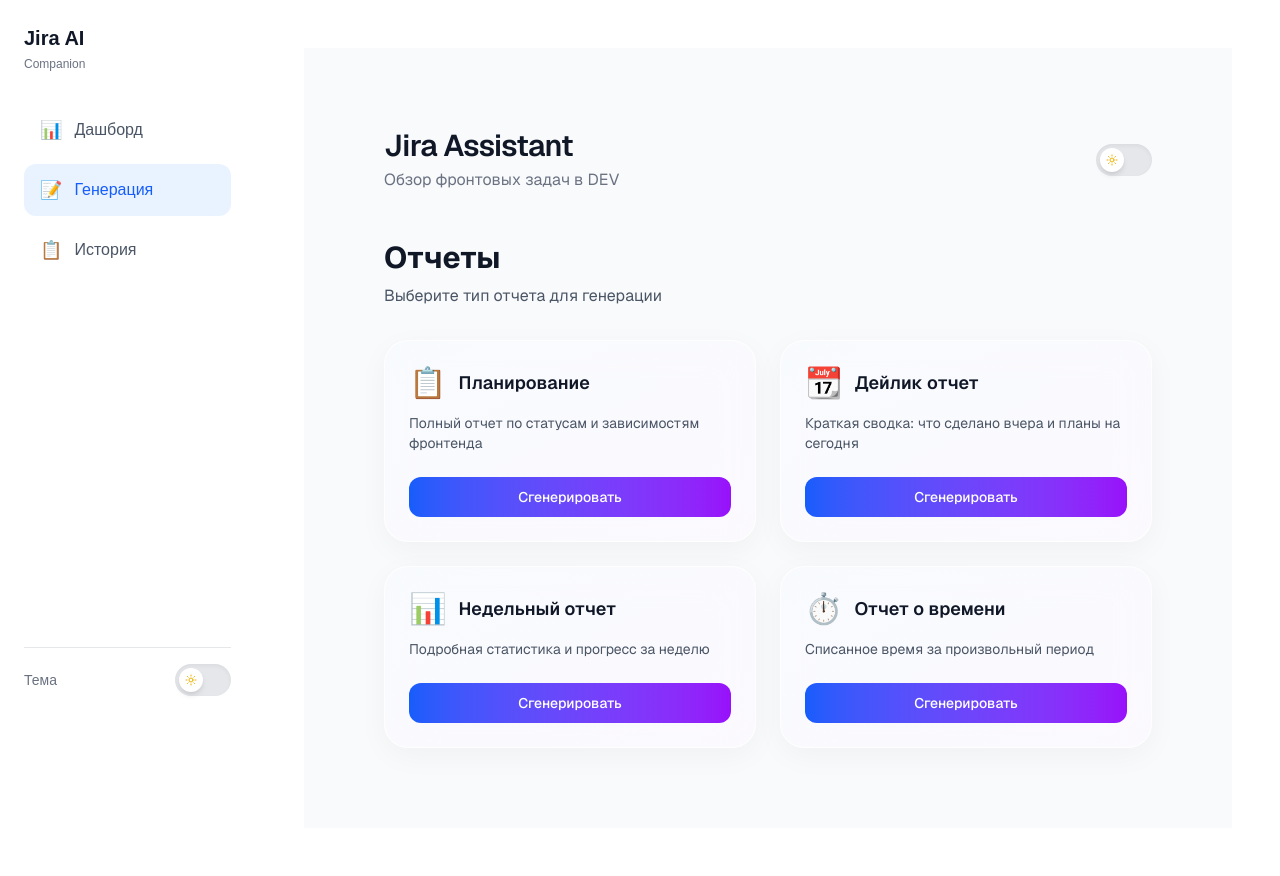
Repository: iposho/jira-ai-companion
Page: /reports
An editor plug-in stored every save of this project. The page is shown before and after the next save, followed by the edit.
The browser window is 1280 px wide. The pictures show the whole page.
The project was rebuilt for these pictures with package versions that can differ from the ones it lists, and the page was loaded fresh each time. The framework's server and built-in components were replaced by stand-ins that run in the browser. Also part of the build but not shown: next.config.ts, src/features/reports/ui/progress-bar.tsx.

Above is the page before, as saved 2026-01-04 05:28:38.

After the next save:
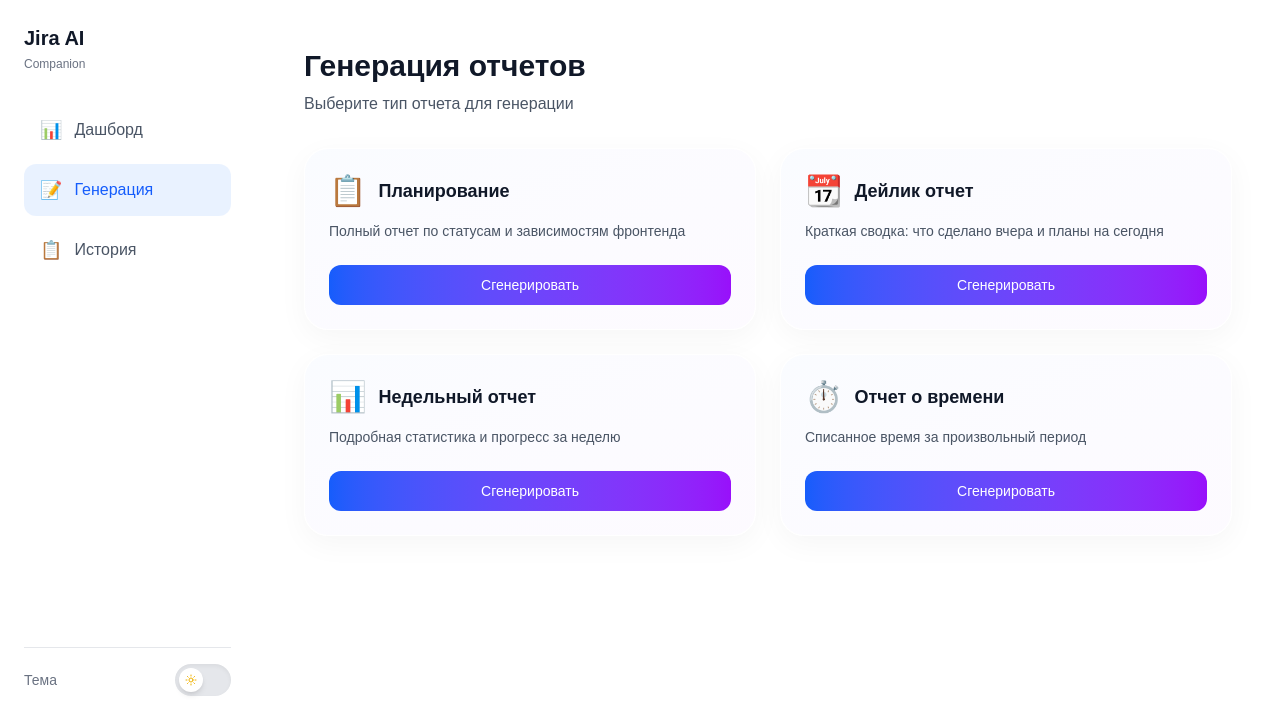
Saved 15 s later.
--- a/src/app/reports/page.tsx
+++ b/src/app/reports/page.tsx
@@ -1,26 +1,23 @@
 import { ReportCard } from '@/features/reports/ui/report-card';
 import { REPORT_TYPES } from '@/features/reports/model/report-types';
-import { DashboardHeader } from '@/widgets/dashboard/ui/dashboard-header';
 
 export default function ReportsPage() {
-    return (
-        <div className="min-h-screen p-8 sm:p-20 font-[family-name:var(--font-geist-sans)] bg-gray-50 dark:bg-gray-900 transition-colors duration-300">
-            <DashboardHeader />
+  return (
+    <div>
+      <div className="mb-8">
+        <h1 className="text-3xl font-bold text-gray-900 dark:text-white mb-2">
+          Генерация отчетов
+        </h1>
+        <p className="text-gray-600 dark:text-gray-400">
+          Выберите тип отчета для генерации
+        </p>
+      </div>
 
-            <div className="mb-8">
-                <h1 className="text-3xl font-bold text-gray-900 dark:text-white mb-2">
-                    Отчеты
-                </h1>
-                <p className="text-gray-600 dark:text-gray-400">
-                    Выберите тип отчета для генерации
-                </p>
-            </div>
-
-            <main className="grid grid-cols-1 md:grid-cols-2 gap-6">
-                {REPORT_TYPES.map((report) => (
-                    <ReportCard key={report.id} report={report} />
-                ))}
-            </main>
-        </div>
-    );
+      <main className="grid grid-cols-1 md:grid-cols-2 gap-6">
+        {REPORT_TYPES.map((report) => (
+          <ReportCard key={report.id} report={report} />
+        ))}
+      </main>
+    </div>
+  );
 }
